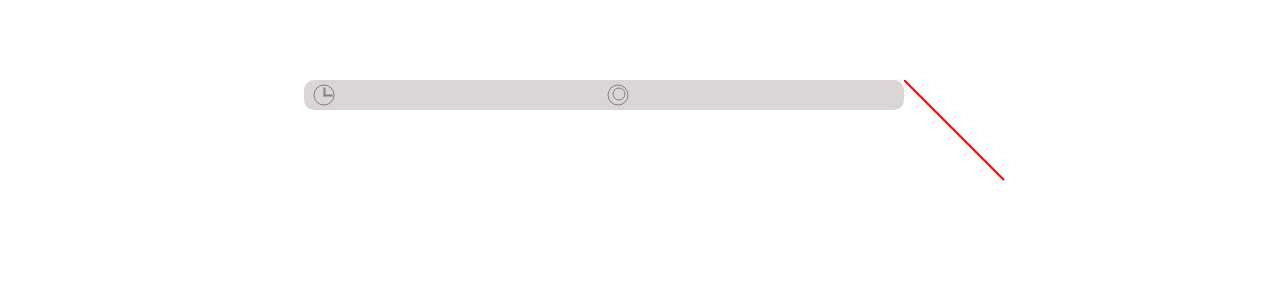
Repository: Gaj123-coder/emoji-search-app
Page: /
An editor plug-in stored every save of this project. The page is shown before and after the next save, followed by the edit.
The browser window is 1280 px wide. The pictures show the whole page.
The project was rebuilt for these pictures with package versions that can differ from the ones it lists, and the page was loaded fresh each time.

Above is the page before, as saved 2021-10-30 14:48:03.

After the next save:
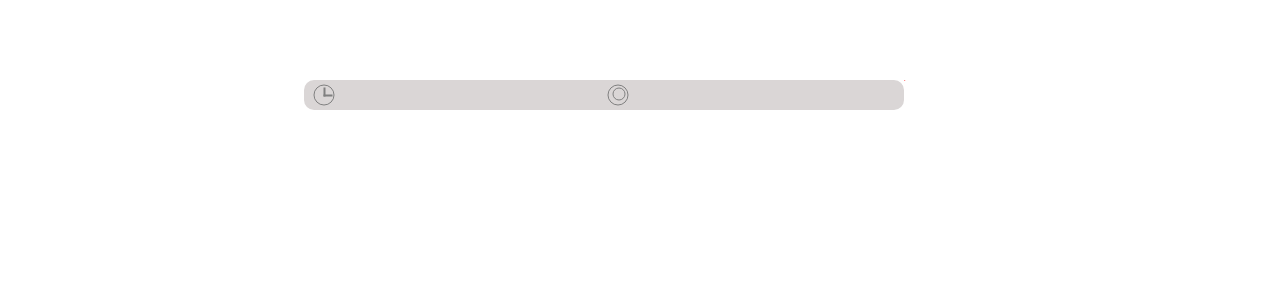
Saved 16 s later.
--- a/src/App.js
+++ b/src/App.js
@@ -18,7 +18,7 @@ function App() {
       </div>
       <div>
         <svg>
-          <line x1="0" y1="0" x2="100" y2="100" stroke="red" strokeWidth="2px"/>
+          <line x1="0" y1="0" x2="100" y2="-100" stroke="red" strokeWidth="2px"/>
        </svg>
       </div>
     </div>
